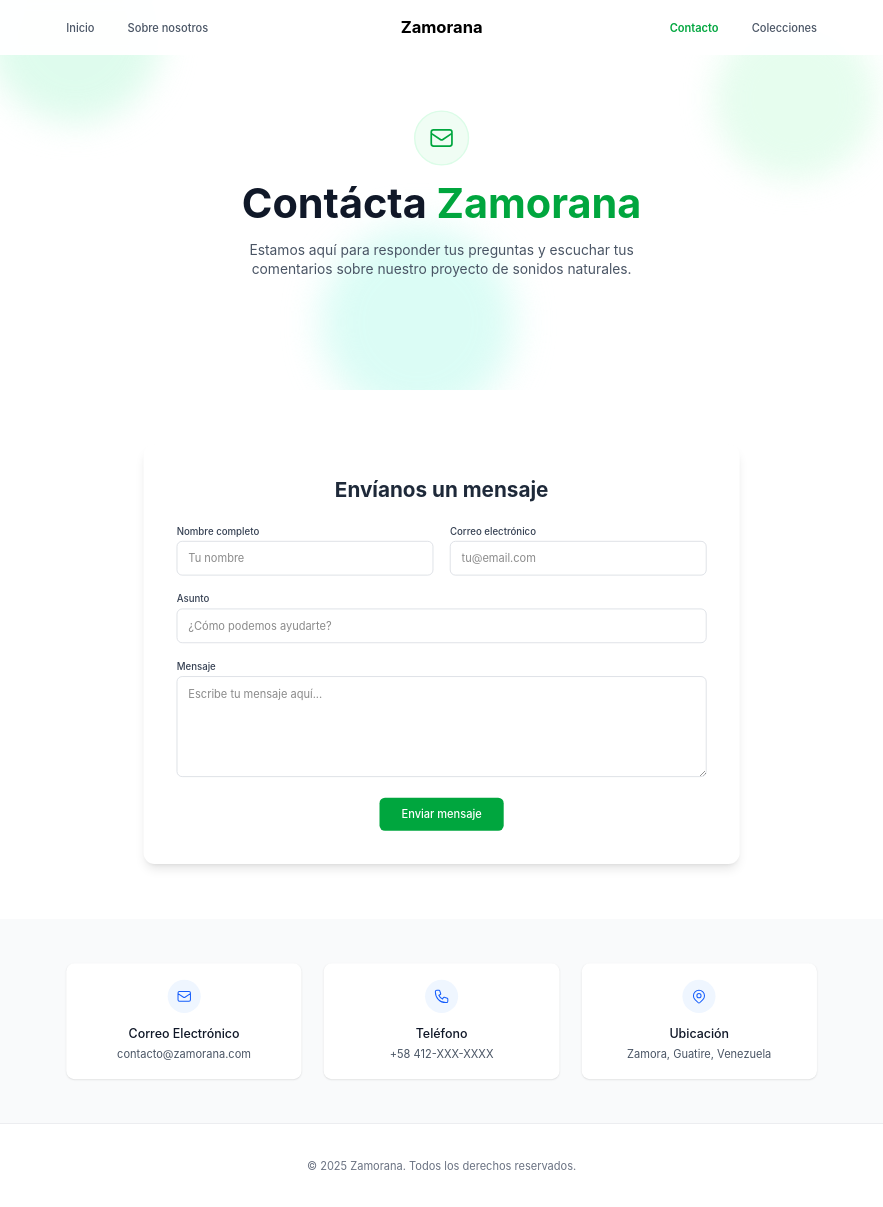
Repository: Alxre98/Zamorana
Page: /contact
An editor plug-in stored every save of this project. The page is shown before and after the next save, followed by the edit.
The browser window is 1280 px wide. The pictures show the whole page, at 69% of full size.
The project was rebuilt for these pictures with package versions that can differ from the ones it lists, and the page was loaded fresh each time. The framework's server and built-in components were replaced by stand-ins that run in the browser. Also part of the build but not shown: next.config.ts.

Above is the page before, as saved 2025-06-16 07:02:07.

After the next save:
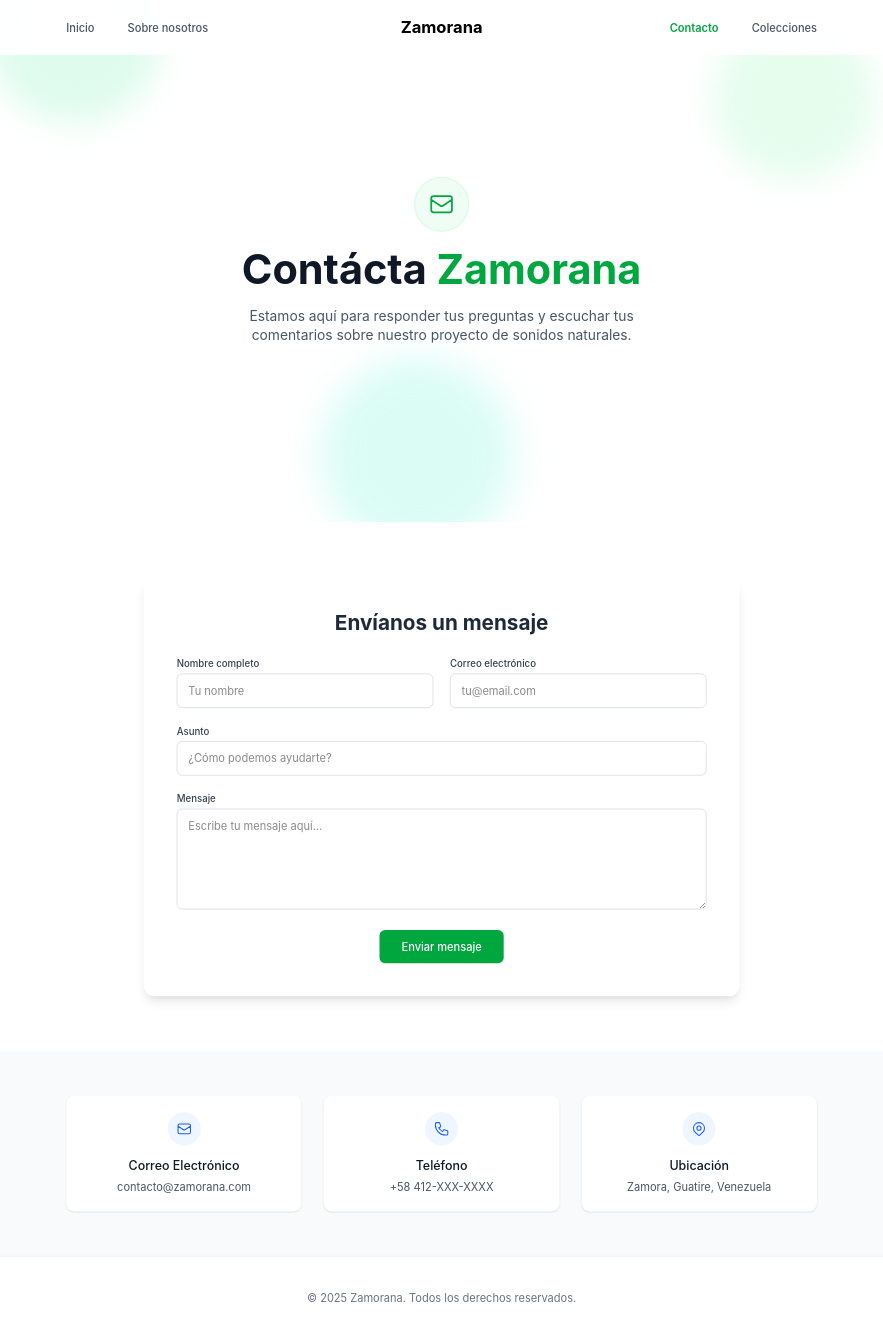
Saved 3 min 24 s later.
--- a/src/app/contact/page.tsx
+++ b/src/app/contact/page.tsx
@@ -2,7 +2,7 @@
   return (
     <div className="min-h-screen bg-white">
       {/* Hero Section */}
-      <section className="relative py-24 md:py-32 lg:py-40 overflow-hidden">
+      <section className="relative py-32 md:py-48 lg:py-64 overflow-hidden">
         <div className="absolute top-0 left-1/2 -translate-x-1/2 w-full max-w-6xl h-full">
           <div className="absolute -top-20 -left-20 w-64 h-64 bg-emerald-100 rounded-full mix-blend-multiply filter blur-xl opacity-70 animate-blob"></div>
           <div className="absolute top-0 -right-20 w-64 h-64 bg-green-100 rounded-full mix-blend-multiply filter blur-xl opacity-70 animate-blob animation-delay-2000"></div>
